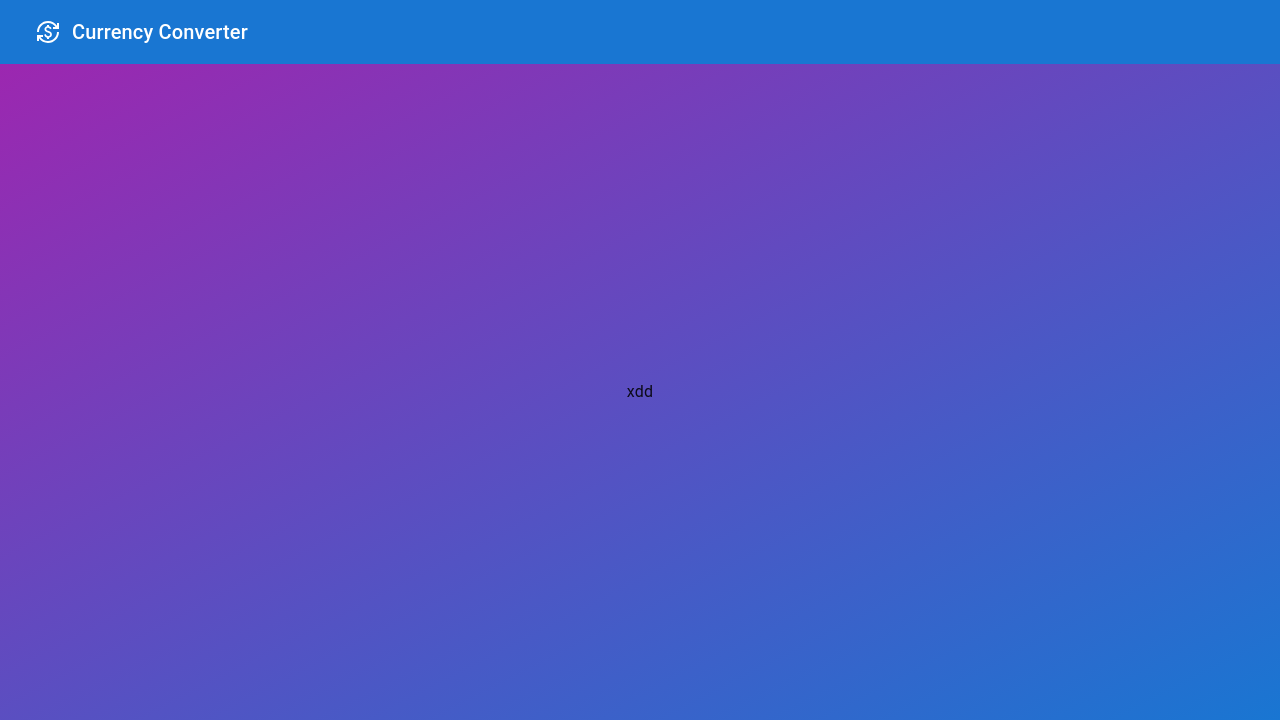
Repository: rutsguifd/currency-converter
Page: /
An editor plug-in stored every save of this project. The page is shown before and after the next save, followed by the edit.
The browser window is 1280 px wide. The pictures show the whole page.
The project was rebuilt for these pictures with package versions that can differ from the ones it lists, and the page was loaded fresh each time. Also part of the build but not shown: src/components/ErrorBoundary.jsx.

Above is the page before, as saved 2023-03-27 23:45:55.

### src/index.js
import { CssBaseline } from "@mui/material";
import React from "react";
import ReactDOM from "react-dom/client";
import { Provider } from "react-redux";
import { BrowserRouter } from "react-router-dom";
import App from "./App";
import { setupStore } from "./store";

const store = setupStore();

const root = ReactDOM.createRoot(document.getElementById("root"));
root.render(
  <Provider store={store}>
    <BrowserRouter>
      <CssBaseline>
        <App />
      </CssBaseline>
    </BrowserRouter>
  </Provider>
);

### src/App.js
import AppRouter from "./router/AppRouter";

function App() {
  return (
    <>
      <AppRouter />
    </>
  );
}

export default App;

### src/store/index.js
import { combineReducers, configureStore } from "@reduxjs/toolkit";
import { ConverterAPI } from "./ConverterService";

const rootReducer = combineReducers({
  [ConverterAPI.reducerPath]: ConverterAPI.reducer,
});

export const setupStore = () => {
  return configureStore({
    reducer: rootReducer,
    middleware: (getDefaultMiddleware) =>
      getDefaultMiddleware().concat(ConverterAPI.middleware),
  });
};

### src/router/AppRouter.jsx
import React from "react";
import { Route, Routes } from "react-router-dom";
import ErrorBoundary from "../components/ErrorBoundary";
import HomePage from "../pages/HomePage";

const AppRouter = () => {
  return (
    <Routes>
      <Route path="/" element={<HomePage />} />
      <Route path="/error" element={<ErrorBoundary />} />
    </Routes>
  );
};

export default AppRouter;

### src/store/ConverterService.js
import { createApi, fetchBaseQuery } from "@reduxjs/toolkit/dist/query/react";

const BASE_URL = "https://api.apilayer.com/exchangerates_data/";

const BASE_QUERY = fetchBaseQuery({
  baseUrl: BASE_URL,
  prepareHeaders: (headers) => {
    headers.set("apikey", "3yTPGVUhUYyAGGgNkKb2MySzxmY4qcWi");
    return headers;
  },
});

export const ConverterAPI = createApi({
  reducerPath: "ConverterAPI",
  baseQuery: BASE_QUERY,
  tagTypes: ["ConverterAPI"],
  endpoints: (build) => ({
    getLatestCurrency: build.query({
      query: ({ symbols, base }) => `latest?symbols=${symbols}&base=${base}`,
    }),
  }),
});

### src/pages/HomePage.jsx
import React from "react";
import ConvertContainer from "../components/ConvertContainer";
import MainLayout from "../layout/MainLayout";

const HomePage = () => {
  return (
    <MainLayout>
      <ConvertContainer />
    </MainLayout>
  );
};

export default HomePage;

### src/components/ConvertContainer.jsx
import { Container, useTheme } from "@mui/material";
import React from "react";
import Convert from "./Convert";

const ConvertContainer = () => {
  const theme = useTheme();

  return (
    <Container
      maxWidth={false}
      disableGutters
      sx={{
        display: "flex",
        justifyContent: "center",
        alignItems: "center",
        minHeight: "calc(100vh - 64px)",
        background: `linear-gradient(to right bottom, ${theme.palette.secondary.main},  ${theme.palette.primary.main})`,
      }}
    >
      <Convert />
    </Container>
  );
};

export default ConvertContainer;

### src/layout/MainLayout.jsx
import React from "react";
import Header from "../components/Header";

const MainLayout = ({ children }) => {
  return (
    <>
      <Header />
      {children}
    </>
  );
};

export default MainLayout;

### src/components/Convert.jsx
import { Box, Paper } from "@mui/material";
import React from "react";

const Convert = () => {
  return <Box>xdd</Box>;
};

export default Convert;

### src/components/Header.jsx
import {
  AppBar,
  Box,
  CircularProgress,
  IconButton,
  Toolbar,
  Typography,
} from "@mui/material";
import CurrencyExchangeIcon from "@mui/icons-material/CurrencyExchange";
import EuroSymbolIcon from "@mui/icons-material/EuroSymbol";
import AttachMoneyIcon from "@mui/icons-material/AttachMoney";
import React from "react";
import { ConverterAPI } from "../store/ConverterService";
import { useNavigate } from "react-router-dom";

const Header = () => {
  const navigate = useNavigate();

  //   const {
  //     data: USDData,
  //     error: USDError,
  //     isLoading: USDLoading,
  //   } = ConverterAPI.useGetLatestCurrencyQuery({
  //     symbols: "UAH",
  //     base: "USD",
  //   });
  //   const {
  //     data: EURData,
  //     error: EURError,
  //     isLoading: EURLoading,
  //   } = ConverterAPI.useGetLatestCurrencyQuery({
  //     symbols: "UAH",
  //     base: "EUR",
  //   });
  //   if (USDError || EURError) {
  //     return navigate("/error");
  //   }
  return (
    <Box sx={{ flexGrow: 1 }}>
      <AppBar position="static">
        <Toolbar>
          <IconButton size="large" color="inherit">
            <CurrencyExchangeIcon />
          </IconButton>
          <Typography variant="h6" component="div" sx={{ flexGrow: 1 }}>
            Currency Converter
          </Typography>
          {/* <Box margin={2} display="flex" flexDirection="row">
            <EuroSymbolIcon />
            {EURLoading ? (
              <CircularProgress />
            ) : (
              <Typography>{EURData.rates.UAH}</Typography>
            )}
          </Box>
          <Box margin={2} display="flex" flexDirection="row">
            <AttachMoneyIcon />
            {USDLoading ? (
              <CircularProgress />
            ) : (
              <Typography>{USDData.rates.UAH}</Typography>
            )}
          </Box> */}
        </Toolbar>
      </AppBar>
    </Box>
  );
};

export default Header;

Loaded but not shown: public/index.html (common file)

After the next save:
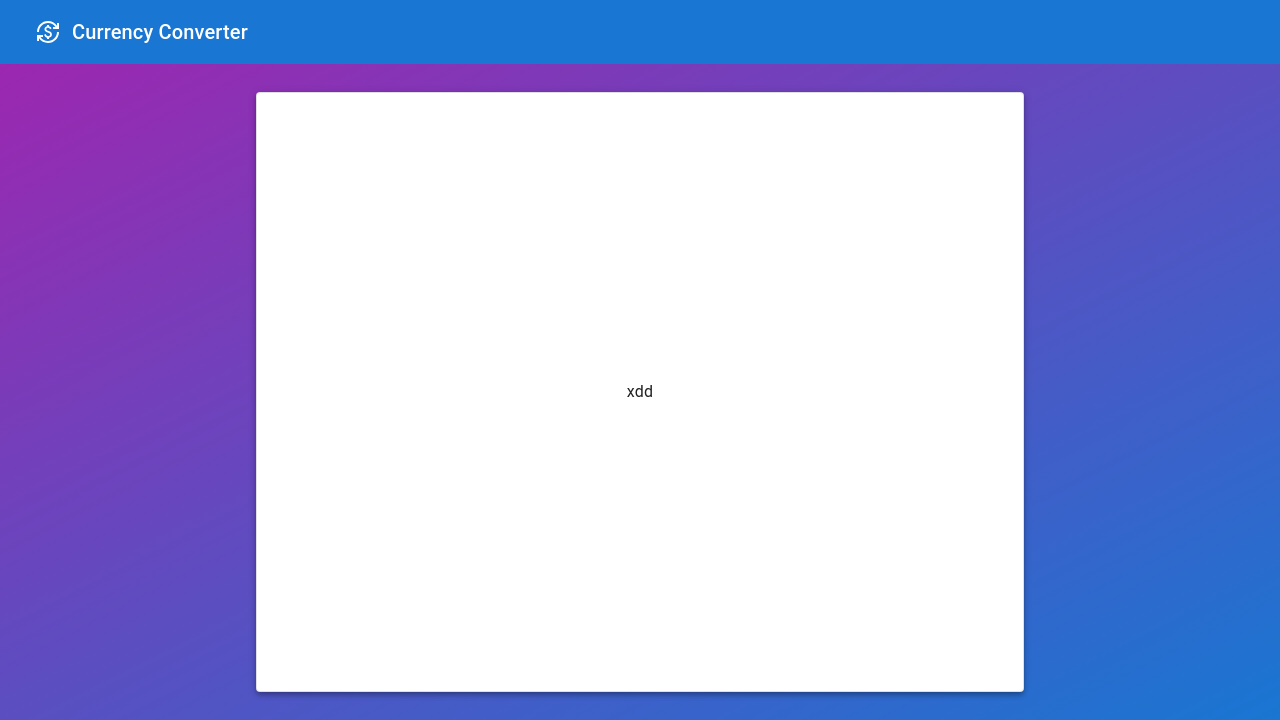
Saved 5 s later.
--- a/src/components/ConvertContainer.jsx
+++ b/src/components/ConvertContainer.jsx
@@ -1,4 +1,4 @@
-import { Container, useTheme } from "@mui/material";
+import { Container, Paper, useTheme } from "@mui/material";
 import React from "react";
 import Convert from "./Convert";
 
@@ -17,7 +17,24 @@ const ConvertContainer = () => {
         background: `linear-gradient(to right bottom, ${theme.palette.secondary.main},  ${theme.palette.primary.main})`,
       }}
     >
-      <Convert />
+      <Paper
+        variant="outlined"
+        sx={{
+          p: 4,
+          display: "flex",
+          flexDirection: "column",
+          alignItems: "center",
+          justifyContent: "center",
+          width: "60vw",
+          minWidth: "400px",
+          height: "60vh",
+          minHeight: "600px",
+          gap: 4,
+          boxShadow: 4,
+        }}
+      >
+        <Convert />
+      </Paper>
     </Container>
   );
 };
